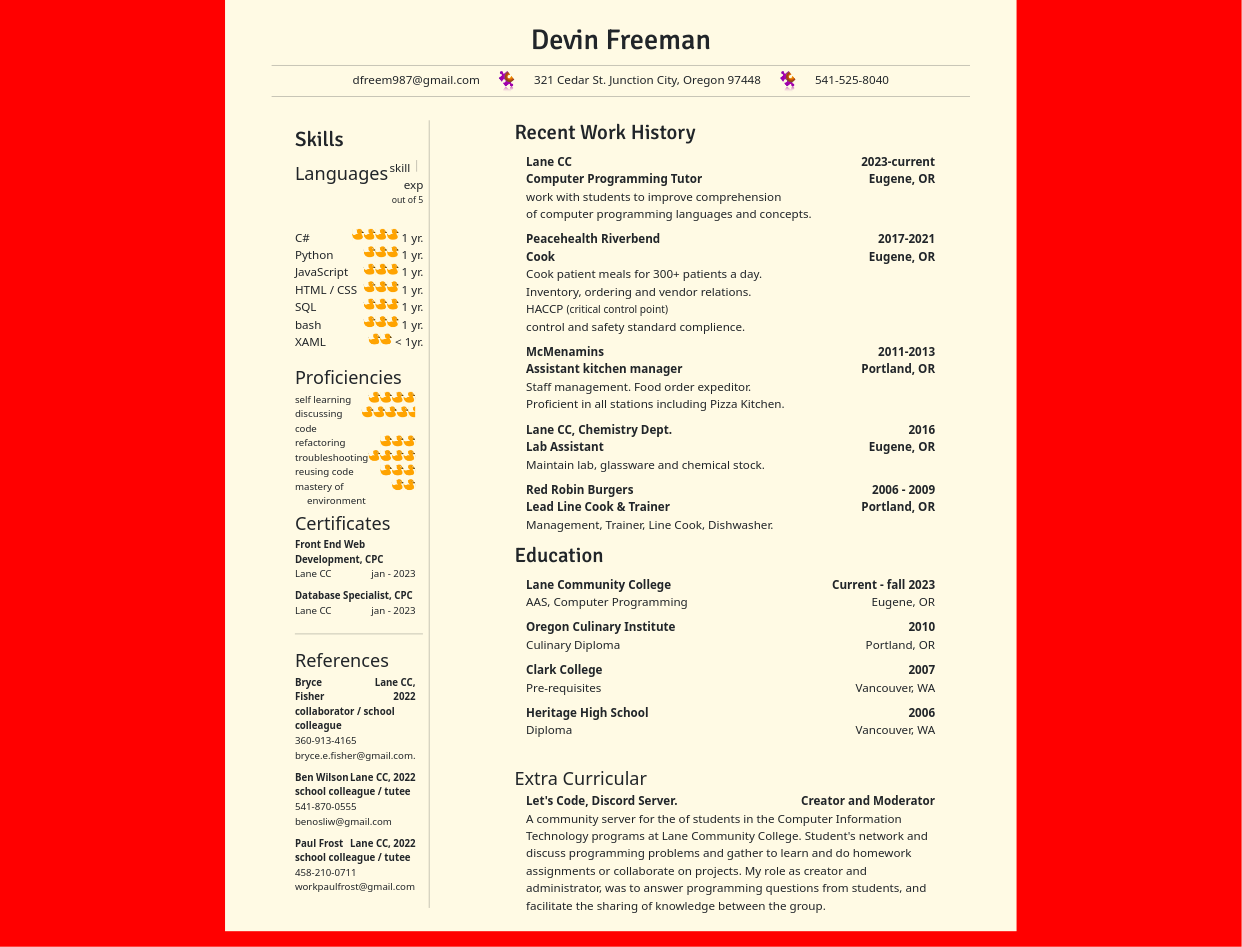
Repository: Dfreem/Resume
Page: index.html
These files come from the project's save history. The page is drawn as it stood at one moment and after the next save; the edit follows.
The browser window is 1280 px wide. The pictures show the whole page, at 97% of full size.

Above is the page before, as saved 2023-01-20 10:20:28.

### index.html
<!DOCTYPE html>
<html lang="en">

<head>
    <meta charset="UTF-8">
    <meta http-equiv="X-UA-Compatible" content="IE=edge">
    <meta name="viewport" content="width=device-width, initial-scale=1.0">
    <link href="https://cdn.jsdelivr.net/npm/bootstrap@5.3.0-alpha1/dist/css/bootstrap.min.css" rel="stylesheet"
        integrity="sha384-GLhlTQ8iRABdZLl6O3oVMWSktQOp6b7In1Zl3/Jr59b6EGGoI1aFkw7cmDA6j6gD" crossorigin="anonymous">
    <link href="resume.css" rel="stylesheet" />
    <title>Devin Freeman</title>
</head>

<body>

    <h1>Devin Freeman</h1>
    <hr />

    <!-- ========= banner ========= -->

    <div class="personal-info">
        dfreem987@gmail.com
        &emsp;
        <span><img src="puzzle.png" class="puzzle-piece"></img></span>
        &emsp;
        321 Cedar St. Junction City, Oregon 97448
        &emsp;
        <span><img src="puzzle.png" class="puzzle-piece"></img></span>
        &emsp;
        541-525-8040
        <!-- &nbsp;freemand@my.lanecc.edu -->
    </div>
    <hr />
    <!-- ========= Skills start ========= -->

    <div class="hstack">
        <div class=" skill-stack">
            <h2>Skills</h2>

            <!-- ========= programming language list ========= -->

            <ul class="langs">
                <div class="d-flex flex-row flex-nowrap">
                    <h3>Languages</h3>
                    <div class="push-right">
                        skill&nbsp;
                        <div class="vr"></div>
                        &nbsp; exp<br />
                        <sup>out of 5</sup>
                        &emsp;&emsp;
                    </div>
                </div>
                <li class="d-flex flex-row flex-nowrap">
                    C#
                    <div class="push-right four"></div>
                    &nbsp;1 yr.
                </li>
                <li class="d-flex flex-row flex-nowrap">
                    Python
                    <div class="push-right three"></div>
                    &nbsp;1 yr.
                </li>
                <li class="d-flex flex-row flex-nowrap">
                    JavaScript
                    <div class="push-right three"></div>
                    &nbsp;1 yr.
                </li>
                <li class="d-flex flex-row flex-nowrap">
                    HTML / CSS
                    <div class="push-right three"></div>
                    &nbsp;1 yr.
                </li>
                <li class="d-flex flex-row flex-nowrap">
                    SQL
                    <div class="push-right three"></div>
                    &nbsp;1 yr.
                </li>
                <li class="d-flex flex-row flex-nowrap">
                    bash
                    <div class="push-right three"></div>
                    &nbsp;1 yr.
                </li>
                <li class="d-flex flex-row flex-nowrap">
                    XAML
                    <div class="push-right two"></div>
                    &nbsp;< 1yr. </li>
            </ul>

            <!-- ========= Soft Skills ========= -->

            <h3>Proficiencies</h3>
            <ul class="profs me-2">
                <li class="d-flex flex-row flex-nowrap">
                    self learning<div class="push-right four"></div>
                </li>
                <li class="d-flex flex-row flex-nowrap">
                    discussing code<div class="push-right five"></div>
                </li>
                <li class="d-flex flex-row flex-nowrap">
                    refactoring<div class="push-right three"></div>
                </li>
                <li class="d-flex flex-row flex-nowrap">
                    troubleshooting<div class="push-right four"></div>
                </li>
                <li class="d-flex flex-row flex-nowrap">
                    reusing code<div class="push-right three"></div>
                </li>
                <li class="d-flex flex-row flex-nowrap">
                    mastery of <br />&emsp; environment<div class="push-right two">
                    </div>
                </li>
            </ul>

            <!-- ========= Certifications ========= -->

            <h3>Certificates</h3>
            <dl class="profs me-2">
                <dt>Front End Web Development, CPC</dt>
                <dd class="d-flex flex-row flex-nowrap">Lane CC<div class="push-right">jan - 2023</div>
                </dd>

                <dt>Database Specialist, CPC </dt>
                <dd class="d-flex flex-row flex-nowrap">Lane CC<div class="push-right">jan - 2023</div>
                </dd>
            </dl>

            <!-- ========= Professional References ========= -->

            <hr class="my-3" />
            <h3>References</h3>
            <dl class="profs me-2">
                <dt class="d-flex flex-row flex-nowrap">
                    Bryce Fisher
                    <div class="push-right">
                        Lane CC, 2022
                    </div>
                </dt>
                <dd>
                    <b>collaborator / school colleague</b><br />
                    360-913-4165 <br />
                    bryce.e.fisher@gmail.com.
                </dd>
            </dl>

            <dl class="profs me-2">
                <dt class="d-flex flex-row flex-nowrap">
                    Ben Wilson
                    <div class="push-right">
                        Lane CC, 2022
                    </div>
                </dt>
                <dd>
                    <b>school colleague / tutee</b><br />
                    541-870-0555<br />
                    benosliw@gmail.com
                </dd>
            </dl>

            <dl class="profs me-2">
                <dt class="d-flex flex-row flex-nowrap">
                    Paul Frost
                    <div class="push-right">
                        Lane CC, 2022
                    </div>
                </dt>
                <dd>
                    <b>school colleague / tutee</b><br />
                    458-210-0711<br />
                    workpaulfrost@gmail.com<br />

                </dd>
            </dl>
        </div>
        <div class="vr my-4"></div>
        <div class="vstack work-stack">

            <!-- ========= Most Recent Work History ========= -->

            <dl class="work-history mt-4">
                <h2> Recent Work History</h2>

                <!-- ========== work history slot 1 ========== -->

                <div class="container work-container">
                    <dt class="d-flex flex-nowrap flex-row">
                        Lane CC
                        <br />
                        Computer Programming Tutor
                        <div class="push-right">
                            2023-current
                            <br />
                            Eugene, OR
                        </div>
                    </dt>
                    <dd class="ed-details">
                        work with students to improve comprehension <br /> of computer programming languages and
                        concepts.
                    </dd>
                </div>

                <!-- ========== work history slot 2 ========== -->
                <div class="container work-container">
                    <dt class="d-flex flex-nowrap flex-row">
                        Peacehealth Riverbend
                        <br />
                        Cook
                        <div class="push-right">
                            2017-2021
                            <br />
                            Eugene, OR
                        </div>
                    </dt>
                    <dd class="ed-details">
                        Cook patient meals for 300+ patients a day. <br />
                        Inventory, ordering and vendor relations. <br />
                        HACCP <small>(critical control point)</small><br />
                        control and safety standard complience. <br />
                    </dd>
                </div>

                <!-- ========== work history slot 3 ========== -->

                <div class="container work-container">
                    <dt class="d-flex flex-nowrap flex-row">
                        McMenamins
                        <br />
                        Assistant kitchen manager
                        <div class="push-right">
                            2011-2013
                            <br />
                            Portland, OR
                            <br />
                        </div>
                    </dt>
                    <dd class="ed-details">
                        Staff management. Food order expeditor. <br />
                        Proficient in all stations including Pizza Kitchen.
                    </dd>
                </div>

                <!-- ========== work history slot 3 ========== -->

                <div class="container work-container">
                    <dt class="d-flex flex-nowrap flex-row">
                        Lane CC, Chemistry Dept.
                        <br />
                        Lab Assistant
                        <div class="push-right">
                            2016
                            <br />
                            Eugene, OR
                        </div>
                    </dt>
                    <dd class="ed-details">Maintain lab, glassware and chemical stock.</dd>
                </div>

                <!-- ========== work history slot 4 ========== -->

                <div class="container work-container">
                    <dt class="d-flex flex-nowrap flex-row">
                        Red Robin Burgers
                        <br />
                        Lead Line Cook & Trainer
                        <div class="push-right">
                            2006 - 2009
                            <br />
                            Portland, OR
                        </div>

                    </dt>
                    <dd class="ed-details">Management, Trainer, Line Cook, Dishwasher.</dd>
                </div>
            </dl>

            <!-- ========== Education Start ========== -->

            <dl class="education">
                <h2>Education</h2>

                <!-- ========== Education slot 1 ========== -->

                <div class="container work-container">
                    <dt class="d-flex flex-nowrap flex-row">
                        <div class="ed-title">Lane Community College</div>
                        <div class="push-right">Current - fall 2023</div>
                    </dt>
                    <dd class="d-flex flex-nowrap flex-row">
                        <div class="ed-title">AAS, Computer Programming </div>
                        <span class="push-right"> Eugene, OR </span>
                    </dd>
                </div>

                <!-- ========== Education slot 2 ========== -->

                <div class="container work-container">
                    <dt class="d-flex flex-nowrap flex-row">
                        <div class="ed-title">Oregon Culinary Institute</div>
                        <span class="push-right">2010</span>
                    </dt>
                    <dd class="d-flex flex-nowrap flex-row">
                        <div class="ed-title">Culinary Diploma</div>
                        <span class="push-right">Portland, OR</span>
                    </dd>
                </div>

                <!-- ========== Education slot 3 ========== -->

                <div class="container work-container">
                    <dt class="d-flex flex-nowrap flex-row">
                        <div class="ed-title">Clark College</div>
                        <span class="push-right">2007</span>
                    </dt>
                    <dd class="d-flex flex-nowrap flex-row">
                        <div class="ed-title">Pre-requisites</div>
                        <span class="push-right">Vancouver, WA</span>
                    </dd>
                </div>

                <!-- ========== Education slot 4 ========== -->

                <div class="container work-container">
                    <dt class="d-flex flex-nowrap flex-row">
                        <div class="ed-title">Heritage High School</div>
                        <span class="push-right">2006</span>
                    </dt>
                    <dd class="d-flex flex-nowrap flex-row">
                        <div class="ed-title">Diploma</div>
                        <span class="push-right">Vancouver, WA</span>
                    </dd>
                </div>
            </dl>

            <!-- ========= Extra Curricular activities ========= -->

            <dl class="extra">
                <h3>Extra Curricular</h3>
                <div class="container work-container">
                    <dt class="d-flex flex-nowrap flex-row">
                        <div class="ed-title">Let's Code, Discord Server.</div>
                        <span class="push-right"> Creator and Moderator</span>
                    </dt>
                    <dd>
                        <p>
                            A community server for the of students in the Computer Information Technology programs
                            at Lane Community College. Student's network and discuss programming problems and gather
                            to learn and do homework assignments or collaborate on projects. My role as creator and
                            administrator, was to answer programming questions from students, and facilitate the sharing
                            of knowledge between the group.
                        </p>
                    </dd>
                </div>
            </dl>
        </div>
    </div>
    <dl class="d-grid container">
        <div class="row">

    </dl>
    </div>

</body>
<script src="https://cdn.jsdelivr.net/npm/bootstrap@5.3.0-alpha1/dist/js/bootstrap.bundle.min.js"
    integrity="sha384-w76AqPfDkMBDXo30jS1Sgez6pr3x5MlQ1ZAGC+nuZB+EYdgRZgiwxhTBTkF7CXvN"
    crossorigin="anonymous"></script>

</html>

### resume.css
@import url('https://fonts.googleapis.com/css2?family=Raleway:ital,wght@0,500;0,700;0,800;1,500&family=Signika:wght@400;500;700&display=swap');

/*
font-family: 'Raleway', sans-serif;
font-family: 'Signika', sans-serif;
*/
html {
    max-height:11in;
    background-color:red;
}

body {
    padding-inline: 0.5in;
    background-color:red;
    padding-block-start: 2em;
    margin: auto;
    max-width: 8.5in;
    min-width: 8.5in;
    max-height: 11in;
    font-size: 12px;
    background-color: rgb(255, 250, 228);
}

.personal-info {
    text-align: center;
    margin-bottom: 0;
}

h1 {
    font-family: 'Signika', sans-serif;
    text-align: center;
    font-size: 22pt;
    letter-spacing: 105%;
}

h2 {
    font-family: 'Signika', sans-serif;
    font-size: 16pt;
    margin-block-start: 0;
}

h3 {
    margin-block:.2em;
    font-size: 14pt;
    width: fit-content;
}

h4 {
    font-size: 13pt;
}

.puzzle-piece {
    width: 1.6em;
    margin-block: .3em;
}

.work-history {
    width: 80%;
    align-self: flex-end;
    margin-inline-end: 2em;
    margin-block:.2em;
}

.education {
    align-self: flex-end;
    margin-inline-end: 2em;
    width: 80%;
    margin-block-start: 0em;
}

.skill-stack {
    margin-inline-start: 2em;
    margin-inline-end: .5em;
    /* margin-block: 1em; */
    width: max-content;
    height: fit-content;
}

.push-right {
    margin-inline-start: auto;
    text-align: end;
}

.profs {
    font-size: 10px;
    margin-block: .3em;
}

.extra {
    width: 80%;
    align-self: flex-end;
    margin-inline-end: 2em;
    margin-block:.1em;
}

.five {
    background-image: url("ducky.png");
    background-size: 12px;
    background-repeat: repeat-x;
    width:60px;
 }

.four {
    background-image: url("ducky.png");
    background-size: 12px;
    background-repeat: repeat-x;
    width:48px;
    /* background-position: ; */
}

.three {
    background-image: url("ducky.png");
    background-size: 12px;
    background-repeat: repeat-x;
    width:36px;
 }
.two {
    background-image: url("ducky.png");
    background-size: 12px;
    background-repeat: repeat-x;
    width:24px;
 }


hr {
    margin-block: 0;
}

ul {
    padding-Inline: 0;
}

li {
    list-style: none;
}

After the next save:
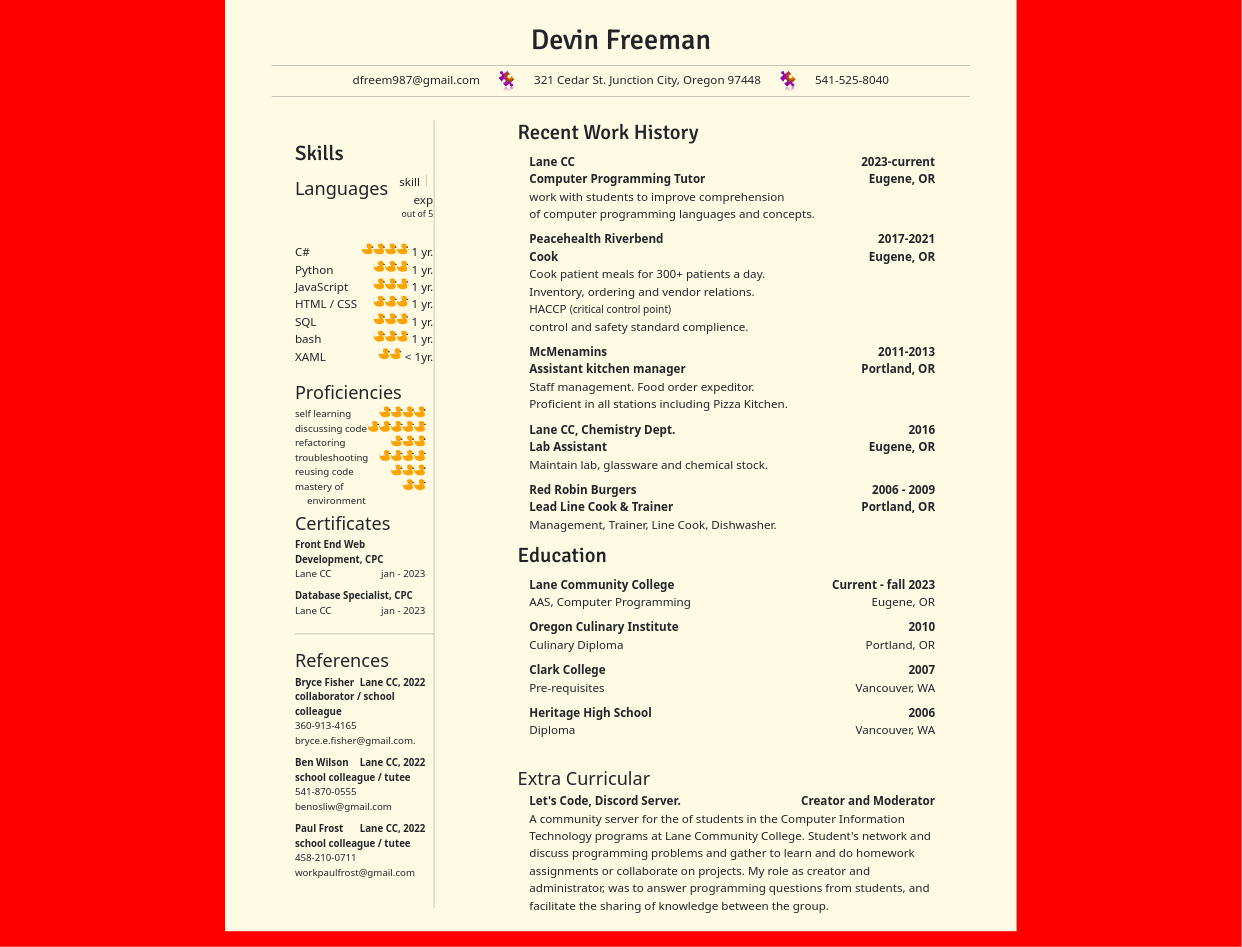
Saved 6 s later.
--- a/resume.css
+++ b/resume.css
@@ -70,9 +70,9 @@ h4 {
 
 .skill-stack {
     margin-inline-start: 2em;
-    margin-inline-end: .5em;
+    /* margin-inline-end: .5em; */
     /* margin-block: 1em; */
-    width: max-content;
+    width: 300px;
     height: fit-content;
 }
 
